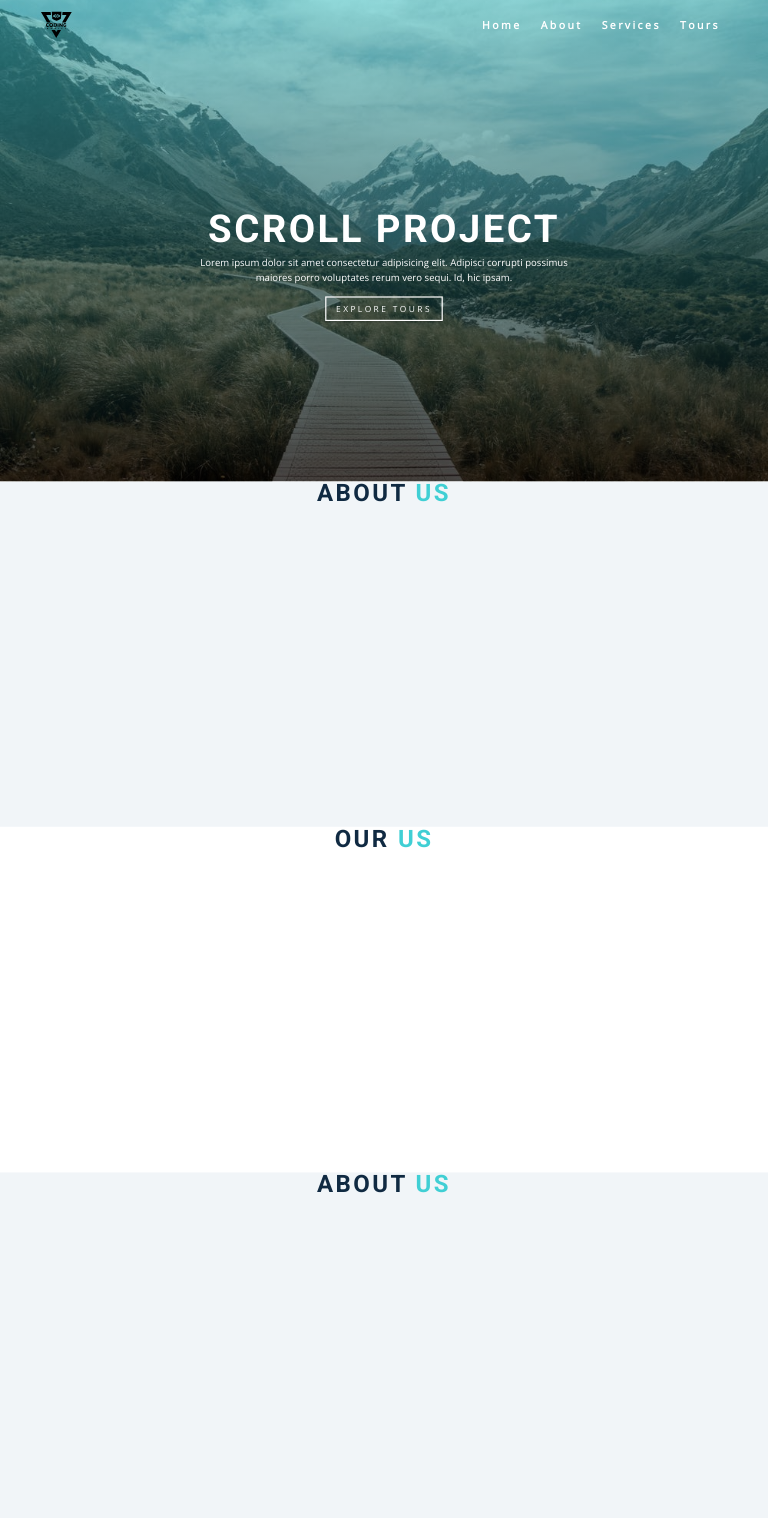
Repository: sunny070/javaScript
Page: Scroll_10/index.html
The author's editor kept a copy of each file at every save. The page is drawn from the files as they stood at one save, then again after the next save.
The browser window is 1280 px wide. The pictures show the whole page, at 60% of full size.
Some web libraries are served in a nearby version.

Above is the page before, as saved 2023-10-27 12:02:55.

### Scroll_10/index.html
<!DOCTYPE html>
<html lang="en">
<head>
    <meta charset="UTF-8">
    <meta name="viewport" content="width=device-width, initial-scale=1.0">
    <title>Scroll</title>
    <link rel="stylesheet" href="style.css">
    <link
      rel="stylesheet"
      href="https://cdnjs.cloudflare.com/ajax/libs/font-awesome/5.14.0/css/all.min.css"
    />
</head>
<body>
    <!-- header -->
    <header id="home">
        <!-- navbar -->
        <nav id="nav">
            <div class="nav-center">
                <!-- navheader -->
                <div class="nav-header">
                    <img src="./logo.svg" alt="logo" class="logo">
                    <button class="nav-toggle">
                        <i class="fas fas-bars"></i>
                    </button>
                </div>
                <!-- links -->
                <div class="link-conatainer">
                    <ul class="links">
                        <li>
                          <a href="#home" class="scroll-link">home</a>
                        </li>
                        <li>
                          <a href="#about" class="scroll-link">about</a>
                        </li>
                        <li>
                          <a href="#services" class="scroll-link">services</a>
                        </li>
                        <li>
                          <a href="#tours" class="scroll-link">tours</a>
                        </li>
                      </ul>
                </div>
            </div>
        </nav>
        <!-- banner -->
        <div class="banner">
            <div class="container">
                <h1>scroll project</h1>
                <p>Lorem ipsum dolor sit amet
                    consectetur adipisicing elit.
                    Adipisci corrupti possimus maiores
                    porro voluptates rerum vero sequi.
                    Id, hic ipsam.</p>
                    <a href="#tours" class="scroll-link btn btn-white">explore tours</a>
            </div>
        </div>
    </header>
    <!-- About -->
<section id="about" class="section">
    <div class="title">
        <h2>about <span>us</span></h2>
    </div>
</section>
 <!-- services -->
 <section id="services" class="section">
    <div class="title">
        <h2>our <span>us</span></h2>
    </div>
</section>
 <!-- tours -->
 <section id="tours" class="section">
    <div class="title">
        <h2>about <span>us</span></h2>
    </div>
</section>
    <script src="app.js"></script>
</body>
</html>

### Scroll_10/style.css
/*
===============
Fonts
===============
*/
@import url("https://fonts.googleapis.com/css?family=Open+Sans|Roboto:400,700&display=swap");

/*
===============
Variables
===============
*/

:root {
  /* dark shades of primary color*/
  --clr-primary-1: hsl(205, 86%, 17%);
  --clr-primary-2: hsl(205, 77%, 27%);
  --clr-primary-3: hsl(205, 72%, 37%);
  --clr-primary-4: hsl(205, 63%, 48%);
  /* primary/main color */
  --clr-primary-5: #49a6e9;
  /* lighter shades of primary color */
  --clr-primary-6: hsl(205, 89%, 70%);
  --clr-primary-7: hsl(205, 90%, 76%);
  --clr-primary-8: hsl(205, 86%, 81%);
  --clr-primary-9: hsl(205, 90%, 88%);
  --clr-primary-10: hsl(205, 100%, 96%);
  /* darkest grey - used for headings */
  --clr-grey-1: hsl(209, 61%, 16%);
  --clr-grey-2: hsl(211, 39%, 23%);
  --clr-grey-3: hsl(209, 34%, 30%);
  --clr-grey-4: hsl(209, 28%, 39%);
  /* grey used for paragraphs */
  --clr-grey-5: hsl(210, 22%, 49%);
  --clr-grey-6: hsl(209, 23%, 60%);
  --clr-grey-7: hsl(211, 27%, 70%);
  --clr-grey-8: hsl(210, 31%, 80%);
  --clr-grey-9: hsl(212, 33%, 89%);
  --clr-grey-10: hsl(210, 36%, 96%);
  --clr-white: #fff;
  --clr-red-dark: hsl(360, 67%, 44%);
  --clr-red-light: hsl(360, 71%, 66%);
  --clr-green-dark: hsl(125, 67%, 44%);
  --clr-green-light: hsl(125, 71%, 66%);
  --clr-secondary: hsla(182, 63%, 54%);
  --clr-black: #222;
  --ff-primary: "Roboto", sans-serif;
  --ff-secondary: "Open Sans", sans-serif;
  --transition: all 0.3s linear;
  --spacing: 0.25rem;
  --radius: 0.5rem;
  --light-shadow: 0 5px 15px rgba(0, 0, 0, 0.1);
  --dark-shadow: 0 5px 15px rgba(0, 0, 0, 0.2);
  --max-width: 1170px;
  --fixed-width: 620px;
}
/*
===============
Global Styles
===============
*/
html {
  scroll-behavior: smooth;
}
*,
::after,
::before {
  margin: 0;
  padding: 0;
  box-sizing: border-box;
}
body {
  font-family: var(--ff-secondary);
  background: var(--clr-grey-10);
  color: var(--clr-grey-1);
  line-height: 1.5;
  font-size: 0.875rem;
}
ul {
  list-style-type: none;
}
a {
  text-decoration: none;
}
img:not(.logo) {
  width: 100%;
}
img {
  display: block;
}

h1,
h2,
h3,
h4 {
  letter-spacing: var(--spacing);
  text-transform: capitalize;
  line-height: 1.25;
  margin-bottom: 0.75rem;
  font-family: var(--ff-primary);
}
h1 {
  font-size: 3rem;
}
h2 {
  font-size: 2rem;
}
h3 {
  font-size: 1.25rem;
}
h4 {
  font-size: 0.875rem;
}
p {
  margin-bottom: 1.25rem;
  color: var(--clr-grey-5);
}
@media screen and (min-width: 800px) {
  h1 {
    font-size: 4rem;
  }
  h2 {
    font-size: 2.5rem;
  }
  h3 {
    font-size: 1.75rem;
  }
  h4 {
    font-size: 1rem;
  }
  body {
    font-size: 1rem;
  }
  h1,
  h2,
  h3,
  h4 {
    line-height: 1;
  }
}
/*  global classes */

.btn {
  text-transform: uppercase;
  background: transparent;
  color: var(--clr-black);
  padding: 0.375rem 0.75rem;
  letter-spacing: var(--spacing);
  display: inline-block;
  transition: var(--transition);
  font-size: 0.875rem;
  border: 2px solid var(--clr-black);
  cursor: pointer;
  box-shadow: 0 1px 3px rgba(0, 0, 0, 0.2);
  border-radius: var(--radius);
}
.btn:hover {
  color: var(--clr-white);
  background: var(--clr-black);
}
.btn-white {
  color: var(--clr-white);
  border-color: var(--clr-white);
  border-radius: 0;
  padding: 0.5rem 1rem;
}
.btn:hover {
  background: var(--clr-white);
  color: var(--clr-secondary);
}
/* section */
.section {
  padding-bottom: 5rem;
}

.section-center {
  width: 90vw;
  margin: 0 auto;
  max-width: 1170px;
}
@media screen and (min-width: 992px) {
  .section-center {
    width: 95vw;
  }
}
main {
  min-height: 100vh;
  display: grid;
  place-items: center;
}
/*
===============
Scroll
===============
*/
/* navbar */
nav {
  background: var(--clr-white);
  padding: 1rem 1.5rem;
}
/* fixed nav */
.fixed-nav {
  position: fixed;
  top: 0;
  left: 0;
  width: 100%;
  background: var(--clr-white);
  box-shadow: var(--light-shadow);
}
.fixed-nav .links a {
  color: var(--clr-grey-1);
}
.fixed-nav .links a:hover {
  color: var(--clr-secondary);
}
/* .fixed-nav .links-container {
  height: auto !important;
} */
.nav-header {
  display: flex;
  align-items: center;
  justify-content: space-between;
}
.nav-toggle {
  font-size: 1.5rem;
  color: var(--clr-grey-1);
  background: transparent;
  border-color: transparent;
  transition: var(--transition);
  cursor: pointer;
}
.nav-toggle:hover {
  color: var(--clr-secondary);
}
.logo {
  height: 50px;
}
.links-container {
  height: 0;
  overflow: hidden;
  transition: var(--transition);
}
.show-links {
  height: 200px;
}
.links a {
  background: var(--clr-white);
  color: var(--clr-grey-5);
  font-size: 1.1rem;
  text-transform: capitalize;
  letter-spacing: var(--spacing);
  display: block;
  transition: var(--transition);
  font-weight: bold;
  padding: 0.75rem 0;
}
.links a:hover {
  color: var(--clr-grey-1);
}
@media screen and (min-width: 800px) {
  nav {
    background: transparent;
  }
  .nav-center {
    width: 90vw;
    max-width: 1170px;
    margin: 0 auto;
    display: flex;
    align-items: center;
    justify-content: space-between;
  }
  .nav-header {
    padding: 0;
  }
  .nav-toggle {
    display: none;
  }
  .links-container {
    height: auto !important;
  }
  .links {
    display: flex;
  }
  .links a {
    background: transparent;
    color: var(--clr-white);
    font-size: 1.1rem;
    text-transform: capitalize;
    letter-spacing: var(--spacing);
    display: block;
    transition: var(--transition);
    margin: 0 1rem;
    font-weight: bold;
    padding: 0;
  }
  .links a:hover {
    color: var(--clr-white);
  }
}
/* hero */
header {
  min-height: 100vh;
  background: linear-gradient(rgba(63, 208, 212, 0.5), rgba(0, 0, 0, 0.7)),
    url(./hero-bcg.jpeg) center/cover no-repeat;
}
.banner {
  min-height: 100vh;
  display: grid;
  place-items: center;
  text-align: center;
}
.container h1 {
  color: var(--clr-white);
  text-transform: uppercase;
}
.container p {
  color: var(--clr-white);
  max-width: 25rem;
  margin: 0 auto;
  margin-bottom: 1.25rem;
}
@media screen and (min-width: 768px) {
  .container p {
    max-width: 40rem;
  }
}
/* sections and title */
.title h2 {
  text-align: center;
  text-transform: uppercase;
}
.title span {
  color: var(--clr-secondary);
}
#about,
#services,
#tours {
  height: 80vh;
}
#services {
  background: var(--clr-white);
}
footer {
  background: var(--clr-grey-1);
  padding: 5rem 1rem;
}
footer p {
  color: var(--clr-white);
  text-align: center;
  text-transform: capitalize;
  letter-spacing: var(--spacing);
  margin-bottom: 0;
}

.top-link {
  font-size: 1.25rem;
  position: fixed;
  bottom: 3rem;
  right: 3rem;
  background: var(--clr-secondary);
  width: 2rem;
  height: 2rem;
  display: grid;
  place-items: center;
  border-radius: var(--radius);
  color: var(--clr-white);
  animation: bounce 2s ease-in-out infinite;

  visibility: hidden;
  z-index: -100;
}
.show-link {
  visibility: visible;
  z-index: 100;
}

@keyframes bounce {
  0% {
    transform: scale(1);
  }
  50% {
    transform: scale(1.5);
  }
  100% {
    transform: scale(1);
  }
}

Loaded but not shown: Scroll_10/app.js (common file)

After the next save:
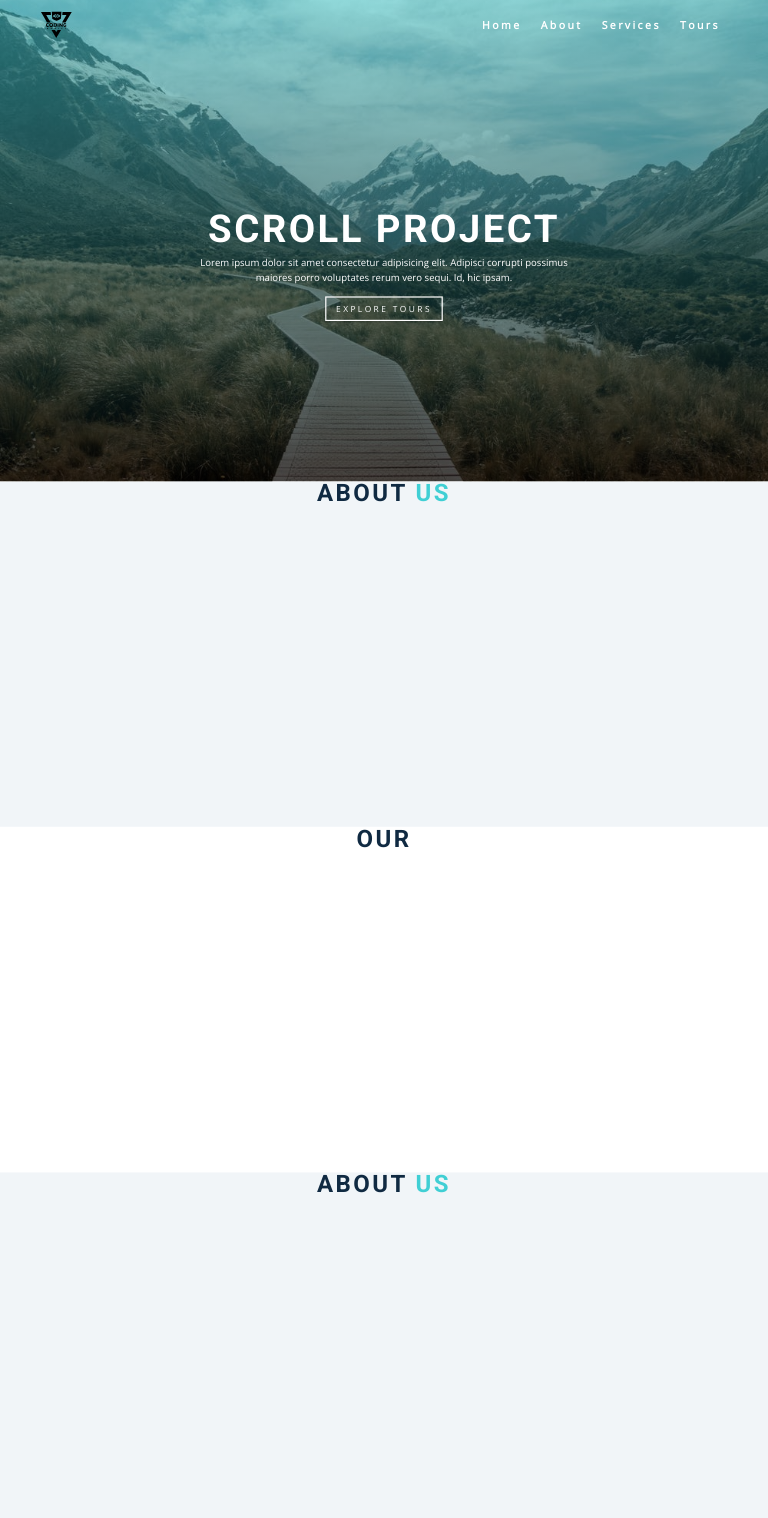
Saved 4 s later.
--- a/Scroll_10/index.html
+++ b/Scroll_10/index.html
@@ -64,7 +64,7 @@
  <!-- services -->
  <section id="services" class="section">
     <div class="title">
-        <h2>our <span>us</span></h2>
+        <h2>our <span</span></h2>
     </div>
 </section>
  <!-- tours -->
